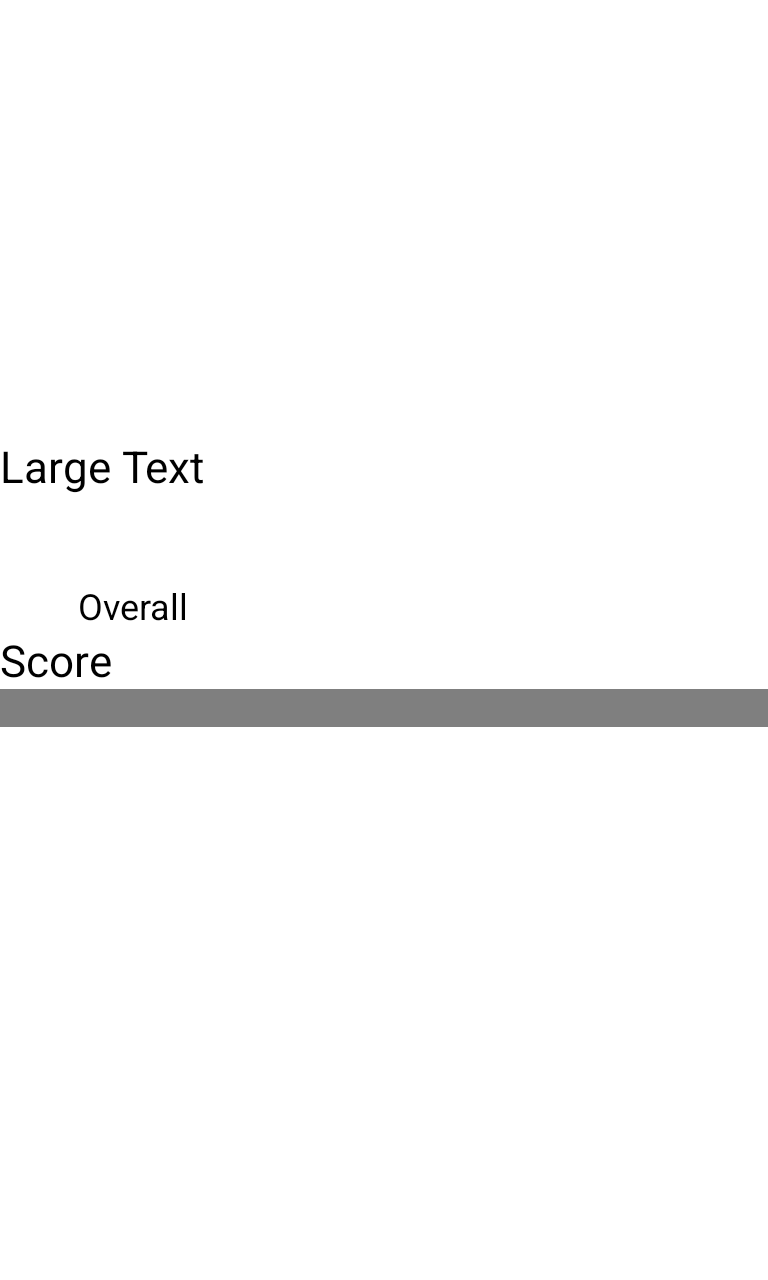
Repository: colincove/CreativeCritic
Layout: workspace/CreativeCritic/res/layout/activity_category_screen.xml
These files come from the project's save history. The layout is drawn as it stood at one moment and after the next save; the edit follows.
Pictures or frames that could not be fetched are drawn as grey boxes. It is drawn on a 768 x 1280 px phone screen (xhdpi) without system bars, with theme AppTheme; the app's code is not run.

Above is the layout before, as saved 2013-11-28 07:30:30.

After the next save:
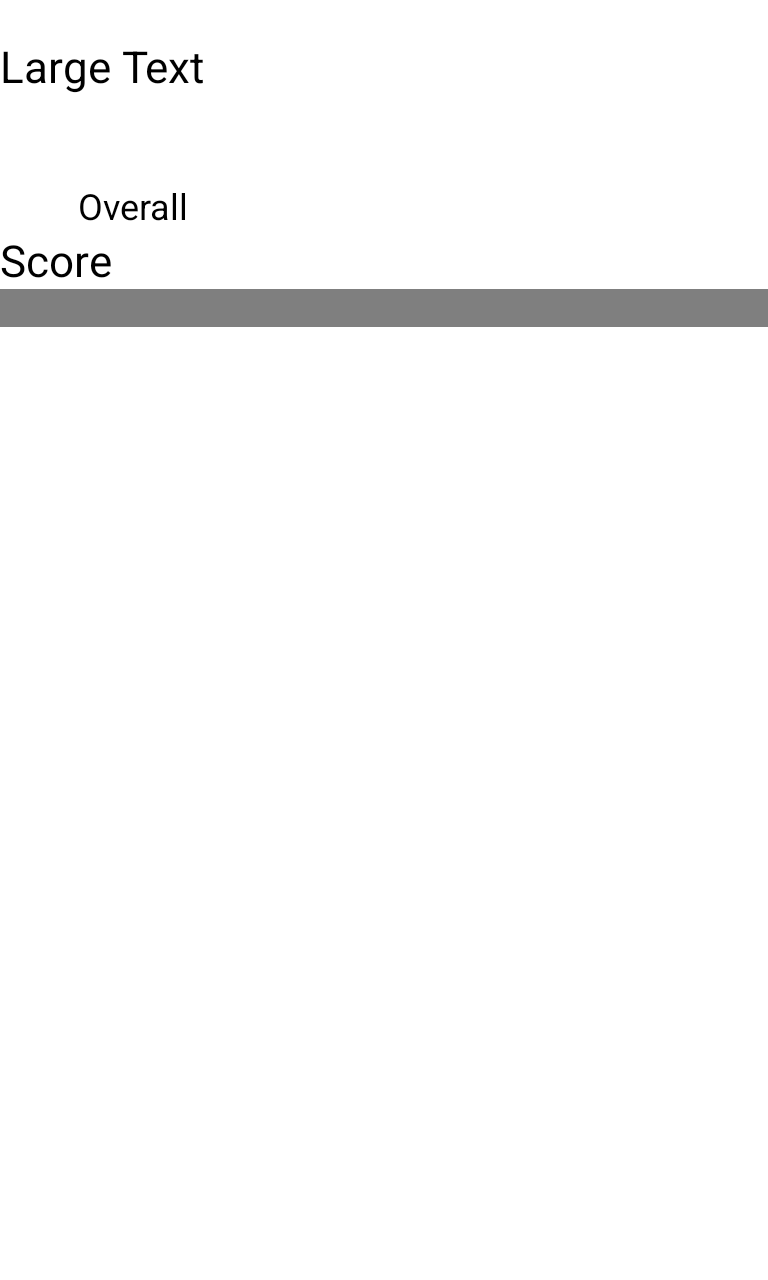
Saved 22 s later.
--- a/workspace/CreativeCritic/res/layout/activity_category_screen.xml
+++ b/workspace/CreativeCritic/res/layout/activity_category_screen.xml
@@ -8,7 +8,7 @@
     android:orientation="vertical" >
  <HorizontalScrollView
             android:layout_width="match_parent"
-            android:layout_height="200dp">
+            android:layout_height="wrap_content">
     <LinearLayout android:orientation="horizontal"
         android:id="@id/category_image_view"
         android:layout_height="match_parent"
